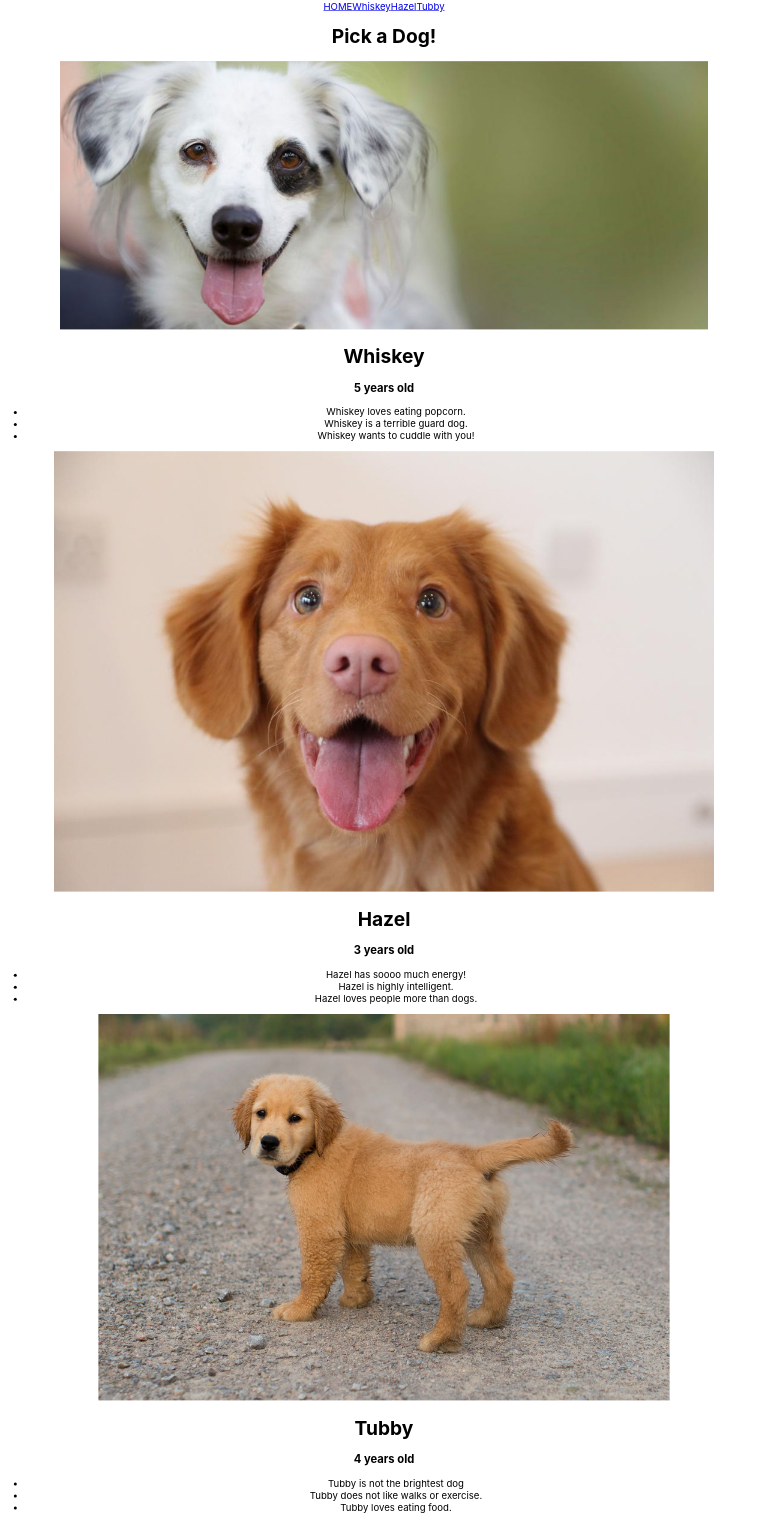
Repository: johnmutina/dog-finder
Page: /dogs
An editor plug-in stored every save of this project. The page is shown before and after a run of saves, followed by the edit.
The browser window is 1280 px wide. The pictures show the whole page, at 60% of full size.
The project was rebuilt for these pictures with package versions that can differ from the ones it lists, and the page was loaded fresh each time.

Above is the page before, as saved 2019-07-28 13:00:47.

After the next 2 saves:
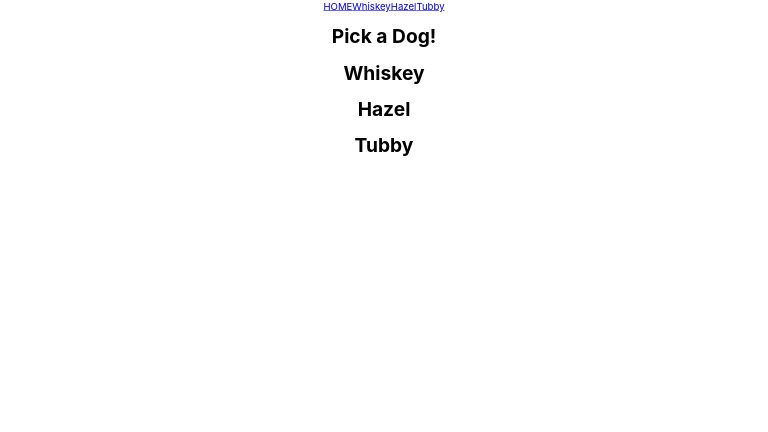
The 2 saves are shown as one change because they came seconds apart.
The last was saved 104 s later.
--- a/src/DogFinder.js
+++ b/src/DogFinder.js
@@ -7,7 +7,9 @@ class DogFinder extends Component {
       <div>
         <h1>Pick a Dog!</h1>
         {this.props.dogs.map(dog => (
-          <Dog key={dog.name} {...dog} />
+          <div>
+            <h1>{dog.name}</h1>
+          </div>
         ))}
       </div>
     );
